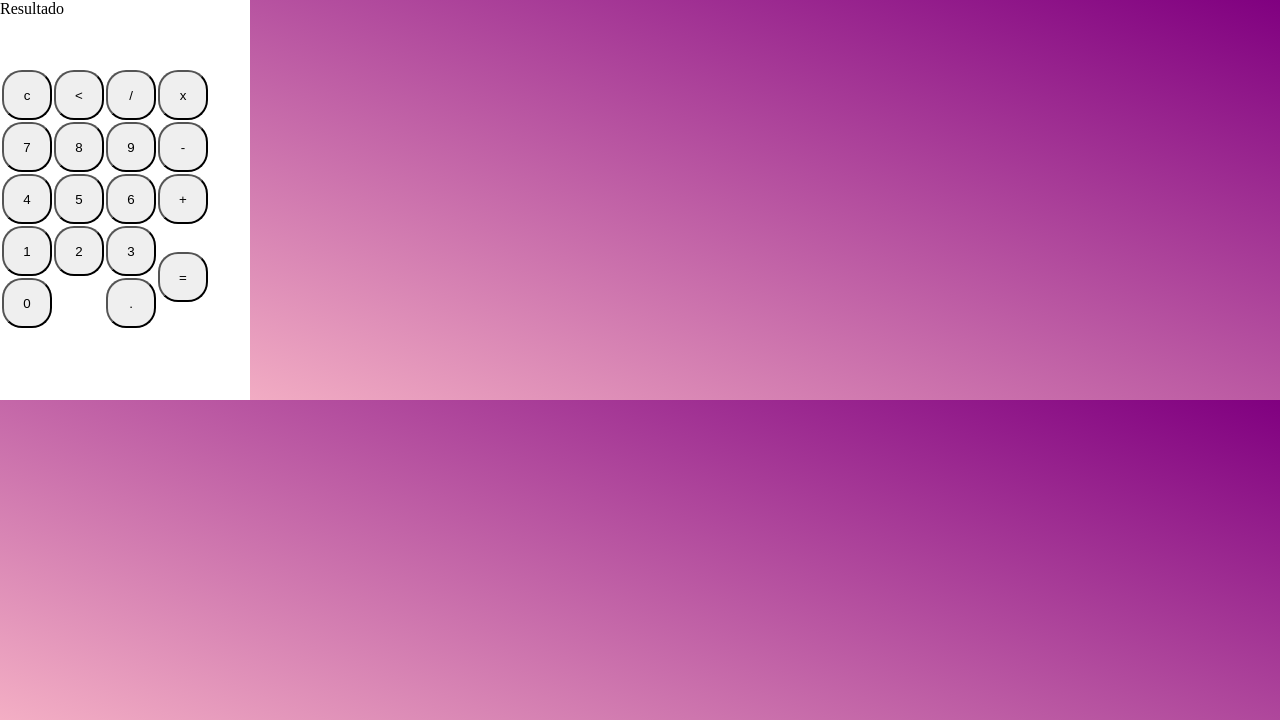
Repository: mariele-huff/calculadora
Page: index.html
These files come from the project's save history. The page is drawn as it stood at one moment and after the next save; the edit follows.
The browser window is 1280 px wide. The pictures show the whole page.
After loading, the first visible `button.botao` was clicked once.

Above is the page before, as saved 2022-08-12 08:57:13.

### index.html
<!DOCTYPE html>
<html lang="pt-br">
<head>
    <meta charset="UTF-8">
    <meta http-equiv="X-UA-Compatible" content="IE=edge">
    <meta name="viewport" content="width=device-width, initial-scale=1.0">
    <link rel="stylesheet" href="style.css">
    <script src="index.js"></script>
    <title>Calculadora</title>
</head>
<body>
    <div class="calculadora">
        <p id="resultado"> Resultado</p>
        <table>
            <tr>
                <td><button class="botao" onclick="limpar()">c</button></td>
                <td><button class="botao" onclick="acrescenta('<')"><</button></td>
                <td><button class="botao" onclick="acrescenta('/')">/</button></td>
                <td><button class="botao" onclick="acrescenta('x')">x</button></td>
            </tr>
            <tr>
                <td><button class="botao"onclick="acrescenta('7')">7</button></td>
                <td><button class="botao" onclick="acrescenta('8')">8</button></td>
                <td><button class="botao" onclick="acrescenta('9')">9</button></td>
                <td><button class="botao" onclick="acrescenta('-')">-</button></td>
            </tr>
            <tr>
                <td><button class="botao"onclick="acrescenta('4')">4</button ></td>
                <td><button class="botao" onclick="acrescenta('5')">5</button></td>
                <td><button class="botao" onclick="acrescenta('6')">6</button></td>
                <td><button class="botao"button onclick="acrescenta('+')">+</button>
                </td>
            </tr>
            <tr>
                <td><button class="botao" onclick="acrescenta('1')">1</button></td>
                <td><button class="botao"onclick="acrescenta('2')">2</button ></td>
                <td><button class="botao"onclick="acrescenta('3')">3</button ></td>
                <td rowspan="2"><button class="botao" >=</button></td>
            </tr>
            <tr>
                <td colspan="2"><button onclick="acrescenta('3')">0</button></td>
                <td> <button onclick="acrescenta('.')">.</button></td>
            </tr>
        </table>
    </div>

</body>
</html>

### style.css
*{
    margin: 0;
    padding: 0;
}

body{
    background-image: linear-gradient(20deg , pink, purple);

}

.calculadora{

    background-color: white ;
    width: 250px;
    height: 400px;
}

button{

    height: 50px;
    width: 50px;
    border-radius: 20px;

}

#resultado {
     margin-bottom: 50px;
     border: 10px gray;
}

### index.js


const acrescenta = (num)=> {

var resultado =   document.querySelector('#resultado')
resultado.innerHTML = num


}

const limpar = () =>{
    resultado = ''
}

After the next save:
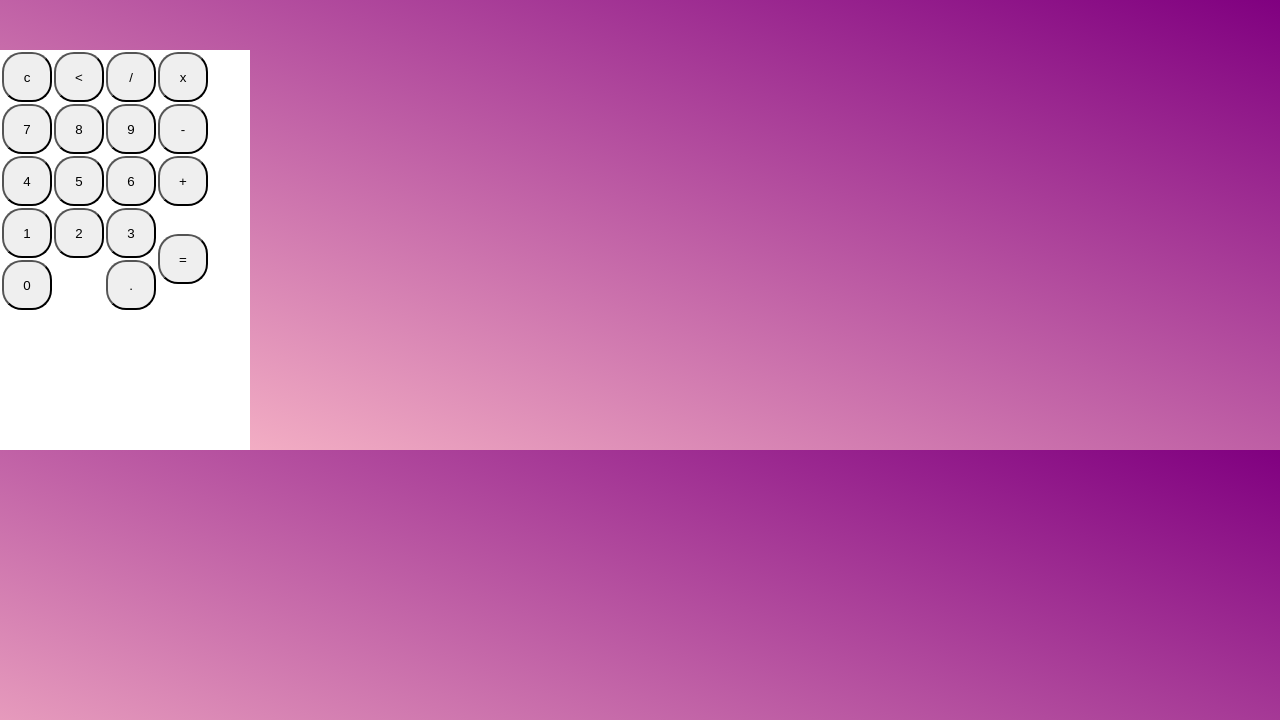
Saved 22 s later.
--- a/index.js
+++ b/index.js
@@ -9,5 +9,6 @@
 }
 
 const limpar = () =>{
-    resultado = ''
+    var resultado =   document.querySelector('#resultado')
+    resultado.innerHTML= ''
 }

After the 2 saves that followed:
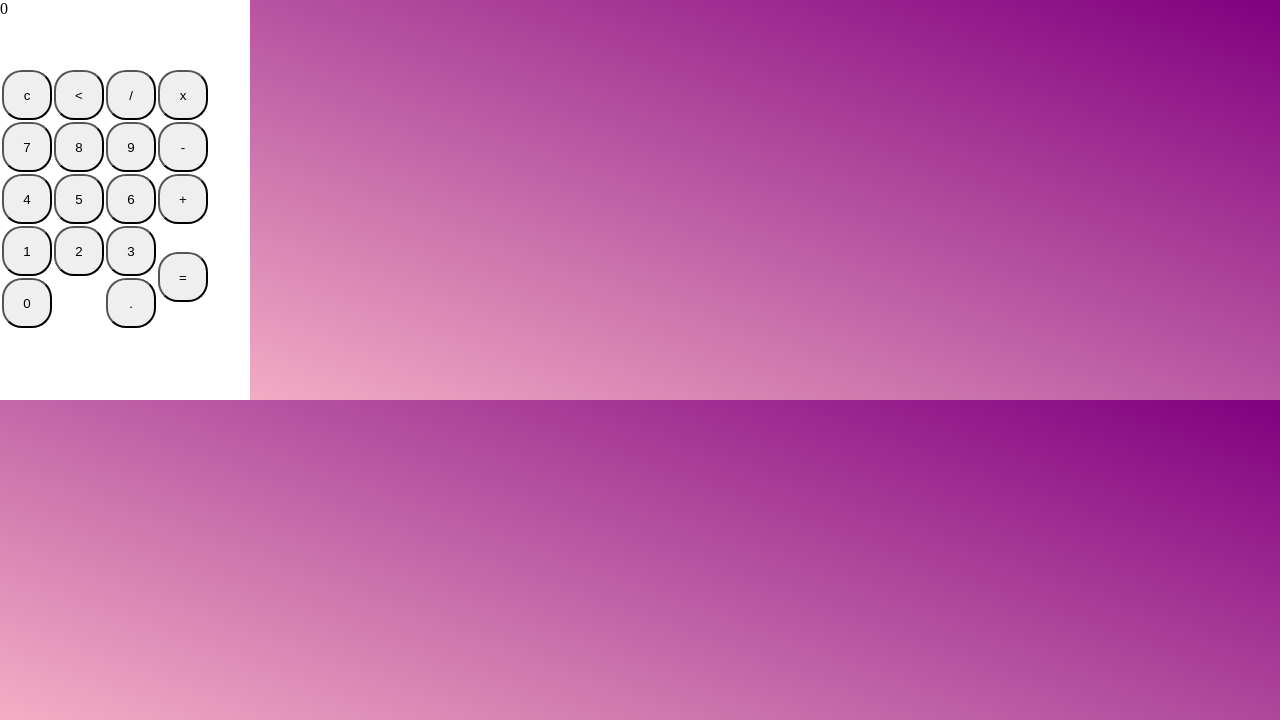
The 2 saves are shown as one change because 1 left the picture as it was.
The last was saved 36 s later.
--- a/index.js
+++ b/index.js
@@ -10,5 +10,5 @@
 
 const limpar = () =>{
     var resultado =   document.querySelector('#resultado')
-    resultado.innerHTML= ''
+    resultado.innerHTML= "0"
 }
